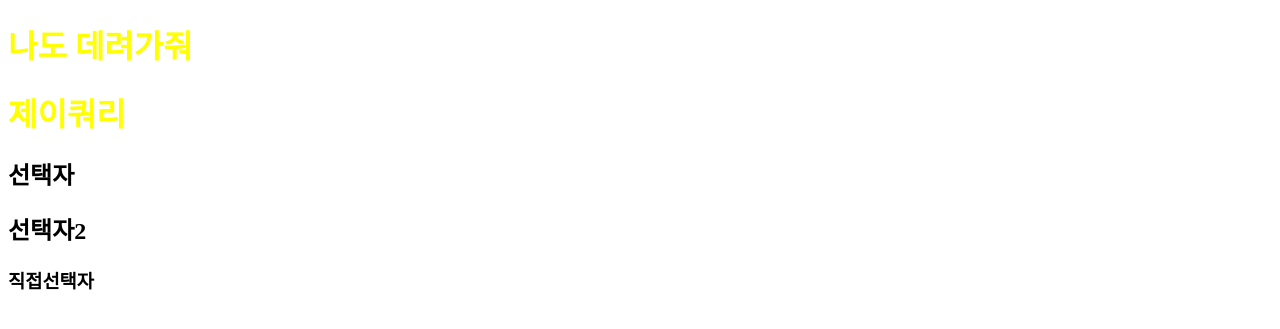
Repository: sanghui4542-ship-it/workspace_jquery
Page: jQuery/src/main/webapp/01문서객체선택자와조작법/jq_selec1_6.html
An editor plug-in stored every save of this project. The page is shown before and after the next save, followed by the edit.
The browser window is 1280 px wide. The pictures show the whole page.

Above is the page before, as saved 2026-07-06 01:24:32.

### jQuery/src/main/webapp/01문서객체선택자와조작법/jq_selec1_6.html
<!DOCTYPE html>
<html>
		<head>
			<meta charset="UTF-8">
			<title>Insert title here</title>
		<!-- JQuery 문법 사용을 위한 CDN 주소 작성 -->
		<script src="https://code.jquery.com/jquery-latest.min.js"></script>
		</head>
	<body>
		<h1>나도 데려가줘</h1>
		<h1 class="tit">제이쿼리</h1>
		<h2 id="a">선택자</h2>
		<h2>선택자2</h2>
		<h3 class="tit">직접선택자</h3>

		<script type="text/javascript">
			/*
				<h1 class="tit">제이쿼리</h1>

				$("h1.tit") -> 모든 h1 중 class="tit"인 h1 만 최종선택 후 글자색 yellow로 설정
			*/
			$("h1").css("color","yellow");

			/*
				[종속선택자로 요소 선택 - class속성값 기준]
				-> $("요소명.class값")
					:$("요소명")으로 모든요소 선택 -> 그 중에서 class값이 일치하는 요소만 최종 선택


			*/





		</script>



	</body>
</html>

After the next save:
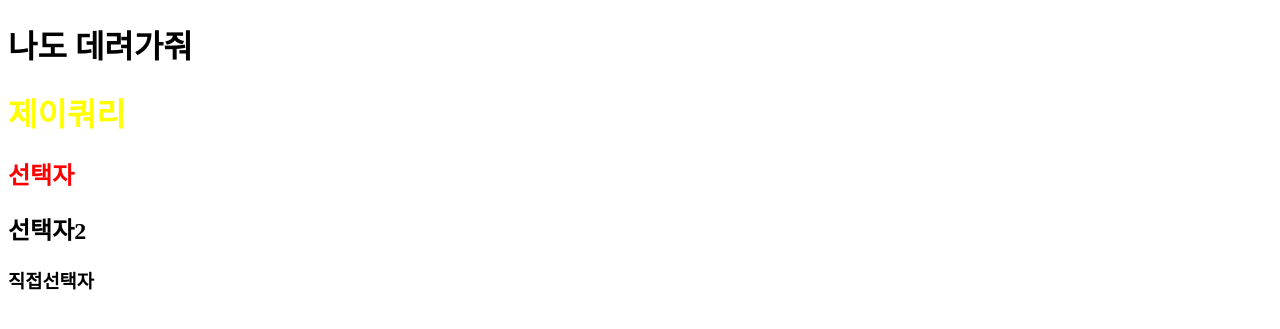
Saved 3 min 13 s later.
--- a/jQuery/src/main/webapp/01문서객체선택자와조작법/jq_selec1_6.html
+++ b/jQuery/src/main/webapp/01문서객체선택자와조작법/jq_selec1_6.html
@@ -19,7 +19,15 @@
 
 				$("h1.tit") -> 모든 h1 중 class="tit"인 h1 만 최종선택 후 글자색 yellow로 설정
 			*/
-			$("h1").css("color","yellow");
+			$("h1.tit").css("color","yellow");
+
+			/*
+				<h2 id="a">선택자</h2> 최종 선택!
+
+				$("h2#a") ->  모든 h2 중 id="a"인 h2만 최종선택 후 글자색 red로 설정
+			*/
+			$("h2#a").css("color","red");
+
 
 			/*
 				[종속선택자로 요소 선택 - class속성값 기준]
